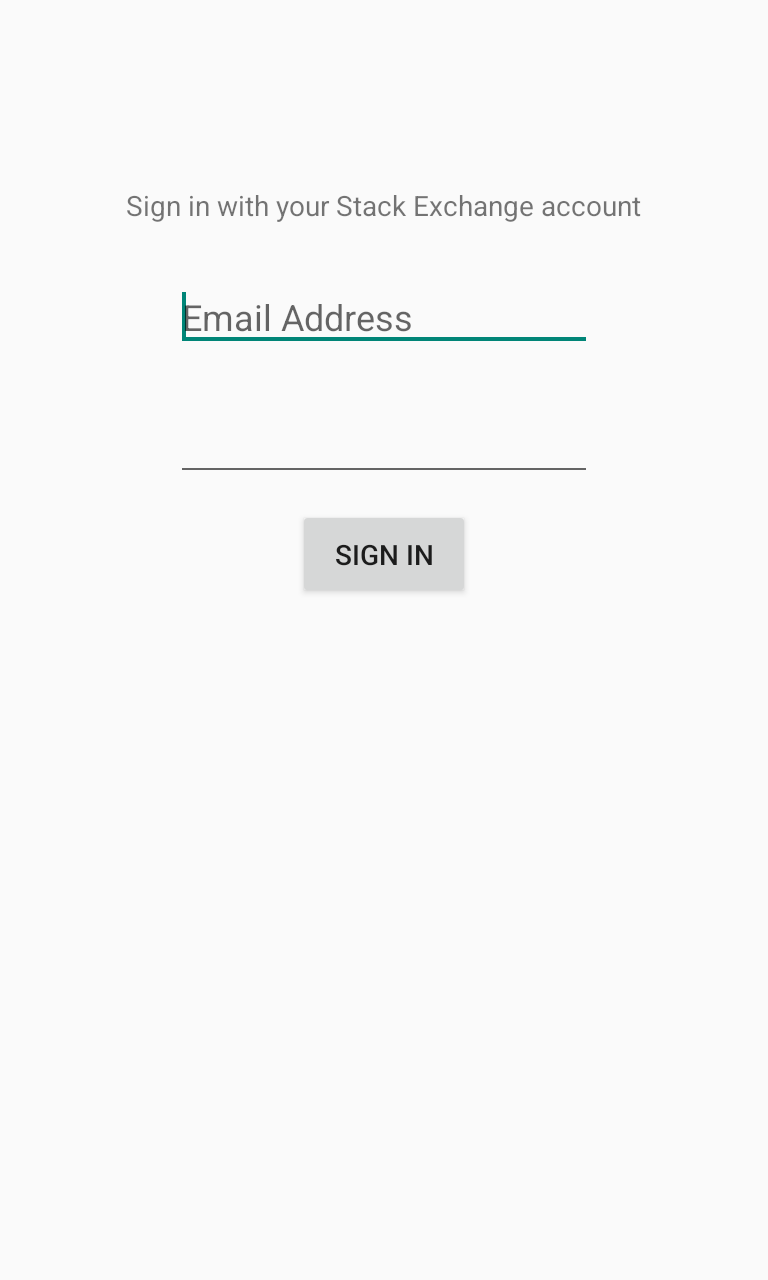
Repository: jayasi/Tag-Overflow
Layout: TagOverflow/res/layout/activity_auth.xml
An editor plug-in stored every save of this project. The layout is shown before and after the next save, followed by the edit.
It is drawn on a 768 x 1280 px phone screen (xhdpi) without system bars, with theme AppTheme; the app's code is not run.

Above is the layout before, as saved 2015-02-17 15:07:57.

After the next save:
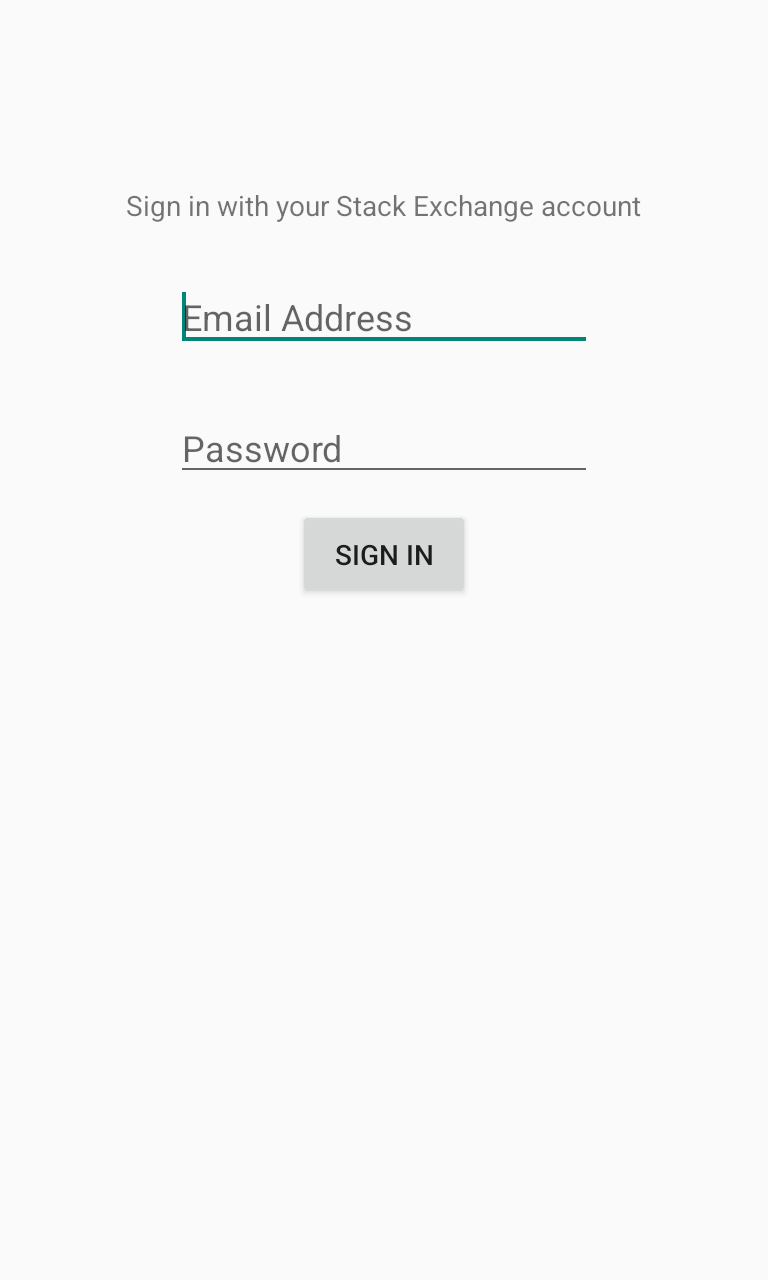
Saved 17 s later.
--- a/TagOverflow/res/layout/activity_auth.xml
+++ b/TagOverflow/res/layout/activity_auth.xml
@@ -44,6 +44,7 @@
         android:layout_width="wrap_content"
         android:layout_height="wrap_content"
         android:layout_alignLeft="@+id/email"
+        android:hint="Password"
         android:layout_below="@+id/email"
         android:layout_marginTop="24dp"
         android:ems="10"
